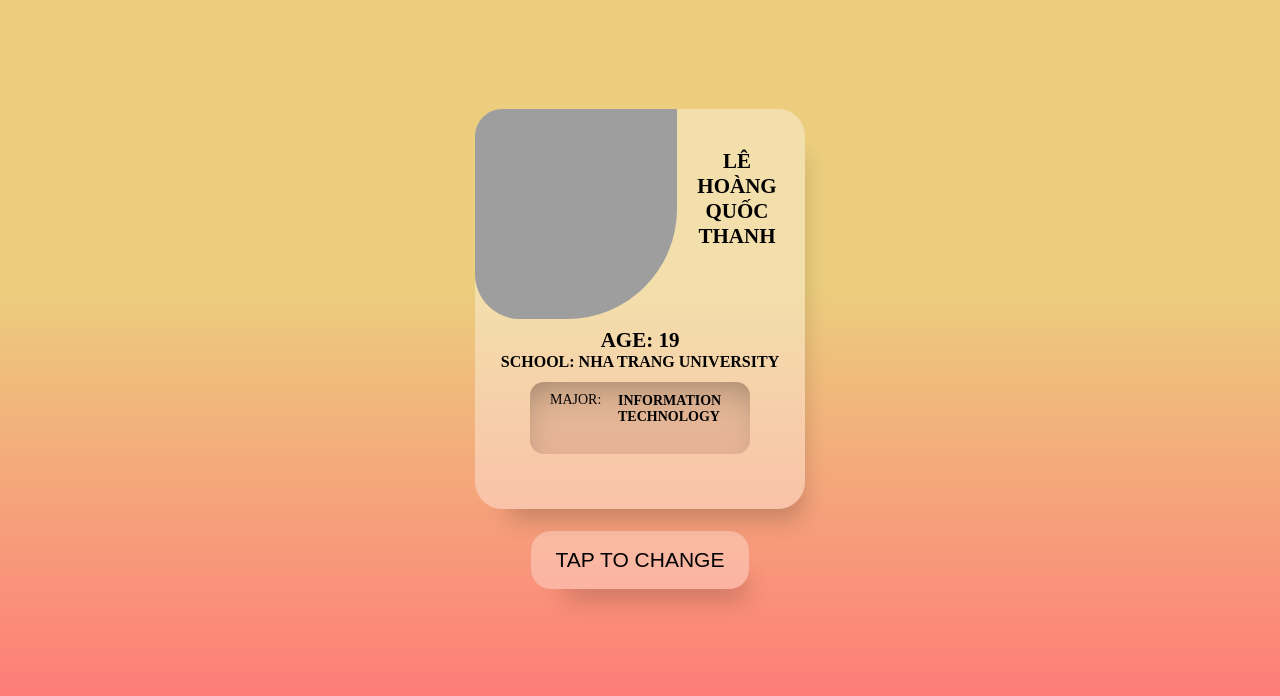
Repository: ThanhThn/profile
Page: index.html
An editor plug-in stored every save of this project. The page is shown before and after a run of saves, followed by the edit.
The browser window is 1280 px wide. The pictures show the whole page.
Pictures or frames that could not be fetched are drawn as grey boxes. Some web fonts or font styles are not loaded; a fallback is used.

Above is the page before, as saved 2022-12-05 20:31:03.

After the next 2 saves:
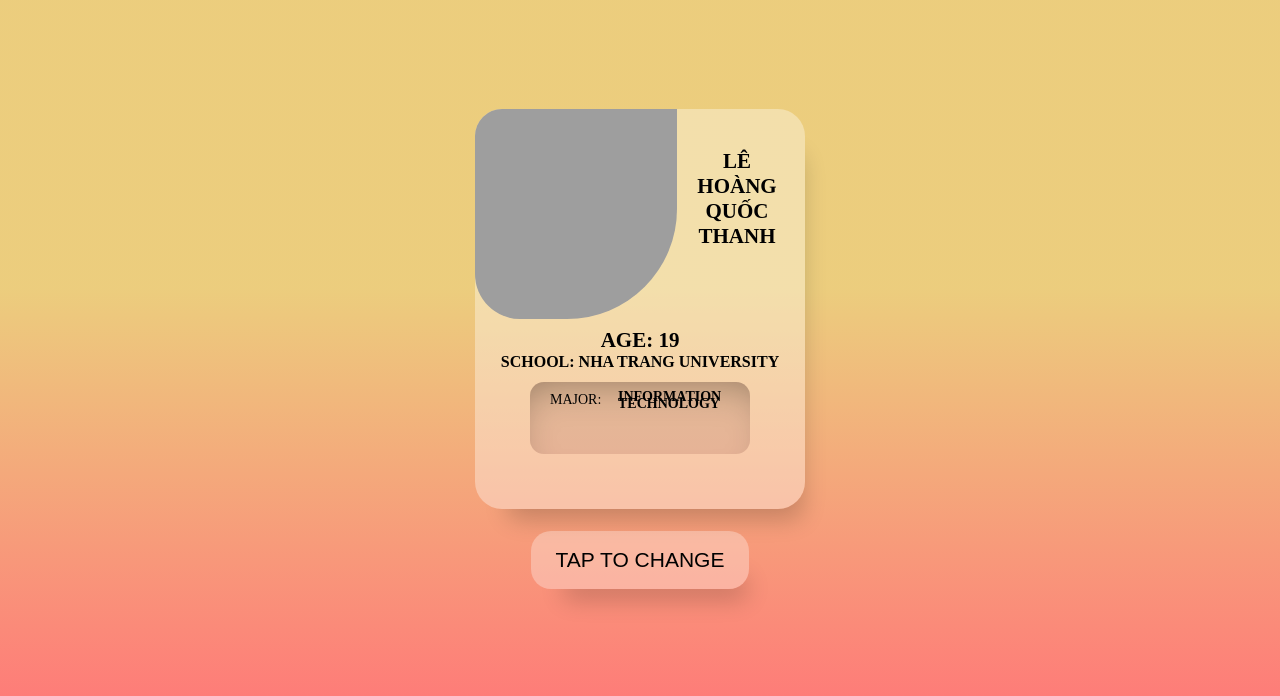
The 2 saves are shown as one change because they came seconds apart.
The last was saved 14 s later.
--- a/style.css
+++ b/style.css
@@ -91,6 +91,7 @@ span{
     left: 40%;
     font-weight: 600;
     font-size: 14px;
+    line-height: .5;
 }
 .btn{
     background: rgba(255, 255, 255, .3);
